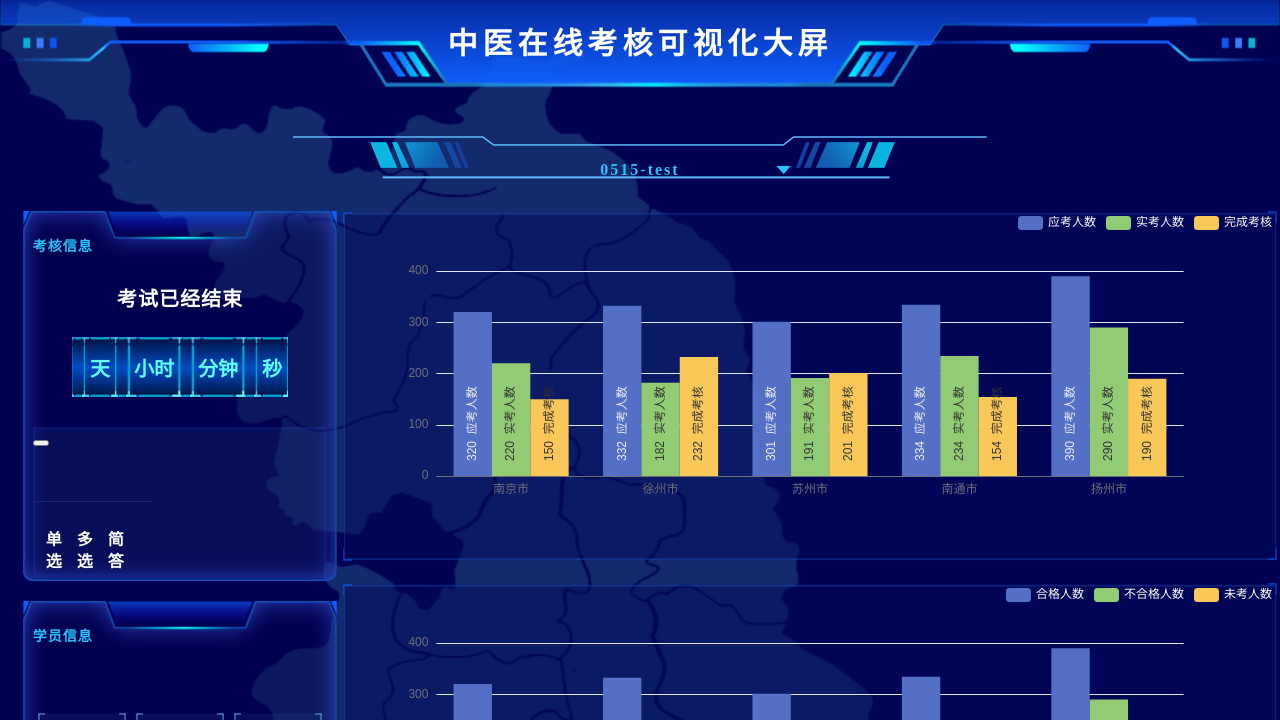
Repository: krislorem/medicine-online-datascreen-vue
Page: /
The author's editor kept a copy of each file at every save. The page is drawn from the files as they stood at one save, then again after the next save.
The browser window is 1280 px wide. The pictures show the whole page.
The project was rebuilt for these pictures with package versions that can differ from the ones it lists, and the page was loaded fresh each time. Also part of the build but not shown: vite.config.ts.

Above is the page before, as saved 2024-12-04 20:44:37.

After the next save:
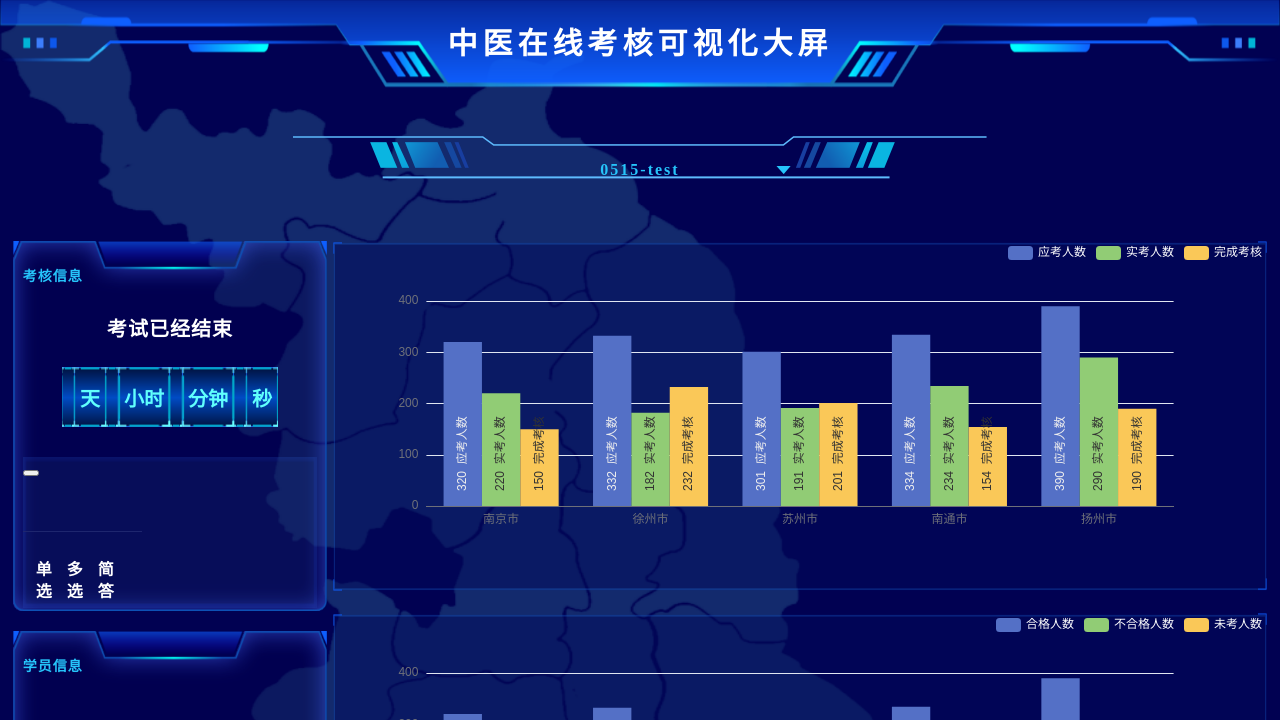
Saved 24 s later.
--- a/src/views/HomeView.vue
+++ b/src/views/HomeView.vue
@@ -195,7 +195,7 @@ body {
 #all-info {
   width: 100%;
   height: 796px;
-  margin: 20px 10px;
+  margin: 50px 0;
   display: -webkit-box;
   display: -ms-flexbox;
   display: flex;
